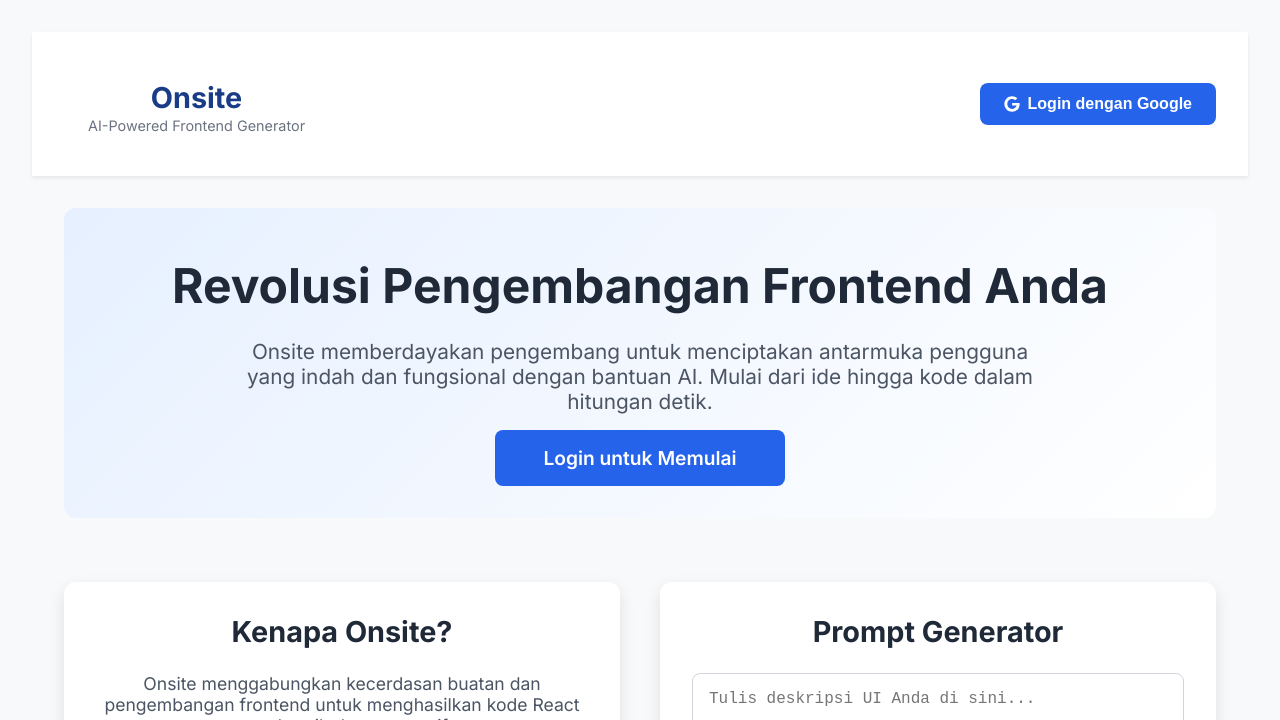
Repository: arifsoul/onsite
Page: / (app in onsite/)
An editor plug-in stored every save of this project. The page is shown before and after the next save, followed by the edit.
The browser window is 1280 px wide. The pictures show the whole page.
An inner scrolling area shows only its first screen. The project was rebuilt for these pictures with package versions that can differ from the ones it lists, and the page was loaded fresh each time. Also part of the build but not shown: onsite/vite.config.js, onsite/src/components/Editor/CSSPanel.jsx, onsite/src/components/Editor/JSPanel.jsx, onsite/src/components/Editor/ComponentEditor.css, onsite/src/components/Editor/ComponentEditor.jsx, onsite/src/pages/Editor.css, onsite/src/pages/Editor.jsx, onsite/src/pages/Login.css and 1 more.

Above is the page before, as saved 2025-04-14 17:15:44.

### onsite/src/index.css
/* src/index.css */
@import url('https://fonts.googleapis.com/css2?family=Inter:wght@400;600;700&display=swap');

* {
  margin: 0;
  padding: 0;
  box-sizing: border-box;
}

html, body {
  height: 100%;
  width: 100%;
  overflow-x: hidden; /* Mencegah scroll horizontal */
}

body {
  font-family: 'Inter', sans-serif;
  background-color: #f8f9fa;
}

#root {
  display: flex;
  flex-direction: column;
  min-height: 100vh;
  width: 100%;
}

### onsite/src/App.jsx
import { BrowserRouter as Router, Routes, Route } from 'react-router-dom';
import { Auth0Provider } from '@auth0/auth0-react';
import { CodeProvider } from './context/CodeContext';
import Home from './pages/Home';
import Editor from './pages/Editor';
import Login from './pages/Login';
import './App.css';

function App() {
  return (
    <Auth0Provider
      domain={import.meta.env.VITE_AUTH0_DOMAIN}
      clientId={import.meta.env.VITE_AUTH0_CLIENT_ID}
      redirectUri={window.location.origin}
    >
      <CodeProvider>
        <Router>
          <Routes>
            <Route path="/" element={<Home />} />
            <Route path="/login" element={<Login />} />
            <Route path="/editor" element={<Editor />} />
          </Routes>
        </Router>
      </CodeProvider>
    </Auth0Provider>
  );
}

export default App;

### onsite/src/context/CodeContext.jsx
import { createContext, useState, useContext } from 'react';

const CodeContext = createContext();

export const CodeProvider = ({ children }) => {
  const [generatedCode, setGeneratedCode] = useState({
    html: '',
    css: '',
    js: '',
  });
  const [components, setComponents] = useState([]);

  const updateComponent = (id, updates) => {
    setComponents((prev) =>
      prev.map((comp) =>
        comp.id === id ? { ...comp, ...updates } : comp
      )
    );
  };

  return (
    <CodeContext.Provider
      value={{ generatedCode, setGeneratedCode, components, setComponents, updateComponent }}
    >
      {children}
    </CodeContext.Provider>
  );
};

export const useCode = () => useContext(CodeContext);

### onsite/src/pages/Home.jsx
import { useAuth0 } from '@auth0/auth0-react';
import AIGenerator from '../components/Generator/AIGenerator';
import GoogleLogin from '../components/Auth/GoogleLogin';
import LivePreview from '../components/Preview/LivePreview';
import { Link } from 'react-router-dom';
import './Home.css';

const Home = () => {
  const { isAuthenticated } = useAuth0();

  return (
    <div className="home-container">
      <header className="home-header">
        <div className="logo">
          <h1>Onsite</h1>
          <span>AI-Powered Frontend Generator</span>
        </div>
        <GoogleLogin />
      </header>
      <main className="home-main">
        <section className="hero-section">
          <h2>Revolusi Pengembangan Frontend Anda</h2>
          <p>
            Onsite memberdayakan pengembang untuk menciptakan antarmuka pengguna yang indah dan fungsional dengan bantuan AI.
            Mulai dari ide hingga kode dalam hitungan detik.
          </p>
          <Link to={isAuthenticated ? '/editor' : '/login'} className="hero-cta">
            {isAuthenticated ? 'Mulai Mengedit Sekarang' : 'Login untuk Memulai'}
          </Link>
        </section>
        <section className="features-section">
          <div className="card description-card">
            <h3>Kenapa Onsite?</h3>
            <p>
              Onsite menggabungkan kecerdasan buatan dan pengembangan frontend untuk menghasilkan kode React yang bersih dan responsif.
            </p>
            <ul>
              <li>Generate kode dengan cepat dan akurat.</li>
              <li>Edit komponen secara visual.</li>
              <li>Integrasi mudah dengan proyek Anda.</li>
            </ul>
          </div>
          <div className="card generator-card">
            <h3>Prompt Generator</h3>
            <AIGenerator />
          </div>
          <div className="card preview-card">
            <h3>Preview Kode</h3>
            <LivePreview />
          </div>
        </section>
      </main>
      <footer className="home-footer">
        <p>© 2025 Onsite. All rights reserved.</p>
      </footer>
    </div>
  );
};

export default Home;

### onsite/src/components/Generator/AIGenerator.jsx
import { useState } from 'react';
import { useCode } from '../../context/CodeContext';
import { generateCode } from '../../services/deepseekApi';
import './AIGenerator.css';

const AIGenerator = () => {
  const [prompt, setPrompt] = useState('');
  const [error, setError] = useState(null);
  const { setGeneratedCode, setComponents } = useCode();

  const handleGenerate = async () => {
    try {
      setError(null);
      const response = await generateCode(prompt);
      const { html, css, js, components } = response.data;
      setGeneratedCode({ html, css, js });
      setComponents(components || []);
    } catch (error) {
      setError('Gagal menghasilkan kode.');
    }
  };

  return (
    <div className="generator-container">
      <textarea
        value={prompt}
        onChange={(e) => setPrompt(e.target.value)}
        placeholder="Tulis deskripsi UI Anda di sini..."
        className="prompt-input code-editor"
      />
      <button onClick={handleGenerate} className="generate-btn">
        Generate Kode
      </button>
      {error && <p className="error-message">{error}</p>}
    </div>
  );
};

export default AIGenerator;

### onsite/src/components/Auth/GoogleLogin.jsx
import { useAuth0 } from '@auth0/auth0-react';
import { FaGoogle } from 'react-icons/fa';
import './GoogleLogin.css';

const GoogleLogin = () => {
  const { loginWithRedirect, isAuthenticated, user, logout } = useAuth0();

  return (
    <div>
      {isAuthenticated ? (
        <div className="user-info">
          <img src={user?.picture} alt={user?.name} />
          <span>{user?.name}</span>
          <button
            className="logout-btn"
            onClick={() => logout({ returnTo: window.location.origin })}
          >
            Logout
          </button>
        </div>
      ) : (
        <button
          className="google-login-btn"
          onClick={() => loginWithRedirect({ connection: 'google-oauth2' })}
        >
          <FaGoogle /> Login dengan Google
        </button>
      )}
    </div>
  );
};

export default GoogleLogin;

### onsite/src/components/Preview/LivePreview.jsx
import { useCode } from '../../context/CodeContext';
import './LivePreview.css';

const LivePreview = () => {
  const { generatedCode, components } = useCode();

  const combinedHTML = `
    <style>${generatedCode.css}</style>
    ${components.map((comp) => comp.html).join('')}
    <script>${generatedCode.js}</script>
  `;

  return (
    <div className="preview-container">
      <iframe
        srcDoc={combinedHTML}
        title="Live Preview"
        className="preview-iframe"
      />
    </div>
  );
};

export default LivePreview;

### onsite/src/pages/Home.css
.home-container {
    display: flex;
    flex-direction: column;
    min-height: 100vh;
    width: 100%;
    background-color: #f8f9fa;
  }

  .home-header {
    display: flex;
    justify-content: space-between;
    align-items: center;
    padding: 1.5rem 2rem;
    background-color: #ffffff;
    box-shadow: 0 2px 4px rgba(0, 0, 0, 0.08);
  }

  .logo h1 {
    font-size: 1.8rem;
    color: #1a3c87;
  }

  .logo span {
    font-size: 0.9rem;
    color: #6b7280;
  }

  .home-main {
    flex: 1;
    padding: 2rem;
    max-width: 1400px;
    margin: 0 auto;
    width: 100%;
  }

  .hero-section {
    text-align: center;
    margin-bottom: 4rem;
    padding: 3rem 0;
    background: linear-gradient(135deg, #e6f0ff 0%, #ffffff 100%);
    border-radius: 12px;
  }

  .hero-section h2 {
    font-size: 3rem;
    color: #1f2937;
    margin-bottom: 1.5rem;
  }

  .hero-section p {
    font-size: 1.3rem;
    color: #4b5563;
    max-width: 800px;
    margin: 0 auto 2rem;
  }

  .hero-cta {
    padding: 1rem 3rem;
    background-color: #2563eb;
    color: #ffffff;
    text-decoration: none;
    border-radius: 8px;
    font-size: 1.2rem;
    font-weight: 600;
  }

  .hero-cta:hover {
    background-color: #1d4ed8;
  }

  .features-section {
    display: grid;
    grid-template-columns: repeat(auto-fit, minmax(400px, 1fr));
    gap: 2.5rem;
  }

  .card {
    background-color: #ffffff;
    border-radius: 12px;
    box-shadow: 0 6px 16px rgba(0, 0, 0, 0.1);
    padding: 2.5rem;
    min-height: 450px;
  }

  .card h3 {
    font-size: 1.8rem;
    color: #1f2937;
    margin-bottom: 1.5rem;
  }

  .card p {
    font-size: 1.1rem;
    color: #4b5563;
  }

  .description-card ul {
    list-style: none;
    margin-top: 1.5rem;
  }

  .description-card li {
    font-size: 1.1rem;
    color: #4b5563;
    margin-bottom: 0.75rem;
    padding-left: 2rem;
    position: relative;
  }

  .description-card li::before {
    content: '✔';
    position: absolute;
    left: 0;
    color: #2563eb;
  }

  .home-footer {
    text-align: center;
    padding: 2rem;
    background-color: #ffffff;
    border-top: 1px solid #e5e7eb;
    color: #6b7280;
  }

  @media (max-width: 768px) {
    .features-section {
      grid-template-columns: 1fr;
    }

    .hero-section h2 {
      font-size: 2rem;
    }

    .hero-section p {
      font-size: 1.1rem;
    }
  }

### onsite/src/services/deepseekApi.js
import axios from 'axios';

const API_KEY = import.meta.env.VITE_DEEPSEEK_API_KEY;
const BASE_URL = 'https://api.deepseek.com';

export const generateCode = async (prompt) => {
  if (!API_KEY) {
    throw new Error('DeepSeek API key is missing. Please set VITE_DEEPSEEK_API_KEY in .env.');
  }

  if (!prompt || prompt.trim() === '') {
    throw new Error('Prompt cannot be empty.');
  }

  try {
    const response = await axios.post(
      `${BASE_URL}/chat/completions`,
      {
        model: 'deepseek-chat',
        messages: [
          {
            role: 'system',
            content:
              'You are an AI that generates React component code (HTML, CSS, JS) based on user descriptions. Return structured JSON with html, css, js, and components array.',
          },
          { role: 'user', content: prompt },
        ],
        stream: false,
      },
      {
        headers: {
          'Content-Type': 'application/json',
          Authorization: `Bearer ${API_KEY}`,
        },
      }
    );
    return response;
  } catch (error) {
    console.error('DeepSeek API Error:', {
      message: error.message,
      status: error.response?.status,
      data: error.response?.data,
    });
    throw new Error(
      error.response?.data?.error?.message || 'Failed to generate code. Please check API key and network.'
    );
  }
};

### onsite/src/components/Generator/AIGenerator.css
/* src/components/Generator/AIGenerator.css */
.generator-container {
  display: flex;
  flex-direction: column;
  gap: 1rem;
}

.prompt-input {
  width: 100%;
  min-height: 150px;
  padding: 1rem;
  border: 1px solid #d1d5db;
  border-radius: 8px;
  font-size: 1rem;
  resize: vertical;
  transition: border-color 0.2s, box-shadow 0.2s;
}

.prompt-input:focus {
  outline: none;
  border-color: #2563eb;
  box-shadow: 0 0 0 3px rgba(37, 99, 235, 0.1);
}

.generate-btn {
  padding: 0.75rem 1.5rem;
  background-color: #2563eb;
  color: #ffffff;
  border: none;
  border-radius: 8px;
  font-size: 1rem;
  font-weight: 600;
  cursor: pointer;
  transition: background-color 0.2s;
}

.generate-btn:hover {
  background-color: #1d4ed8;
}

.error-message {
  color: #dc2626;
  font-size: 0.9rem;
  margin-top: 0.5rem;
}

### onsite/src/components/Auth/GoogleLogin.css
/* src/components/Auth/GoogleLogin.css */
.google-login-btn {
  display: flex;
  align-items: center;
  gap: 0.5rem;
  padding: 0.75rem 1.5rem;
  background-color: #2563eb;
  color: #ffffff;
  border: none;
  border-radius: 8px;
  font-size: 1rem;
  font-weight: 600;
  cursor: pointer;
  transition: background-color 0.2s;
}

.google-login-btn:hover {
  background-color: #1d4ed8;
}

.user-info {
  display: flex;
  align-items: center;
  gap: 0.75rem;
}

.user-info img {
  border-radius: 50%;
  width: 36px;
  height: 36px;
}

.user-info span {
  font-size: 1rem;
  color: #1f2937;
}

.logout-btn {
  padding: 0.5rem 1rem;
  background-color: #dc2626;
  color: #ffffff;
  border: none;
  border-radius: 8px;
  font-size: 0.9rem;
  font-weight: 600;
  cursor: pointer;
  transition: background-color 0.2s;
}

.logout-btn:hover {
  background-color: #b91c1c;
}

### onsite/src/components/Preview/LivePreview.css
/* src/components/Preview/LivePreview.css */
.preview-container {
  width: 100%;
  height: 400px;
  border: 1px solid #e5e7eb;
  border-radius: 8px;
  overflow: hidden;
  background-color: #ffffff;
}

.preview-iframe {
  width: 100%;
  height: 100%;
  border: none;
}

Loaded but not shown: onsite/index.html (common file); onsite/src/main.jsx (common file); onsite/src/App.css (common file)

After the next save:
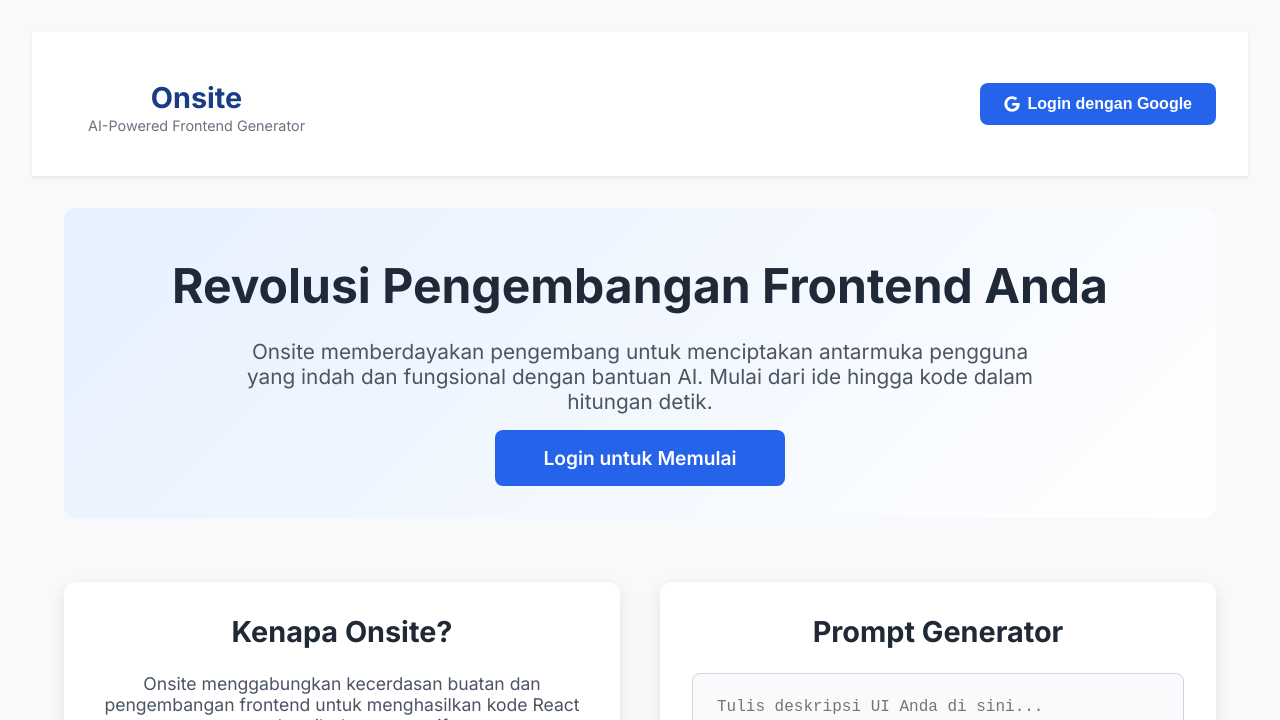
Saved 7 s later.
--- a/onsite/src/components/Generator/AIGenerator.css
+++ b/onsite/src/components/Generator/AIGenerator.css
@@ -1,25 +1,26 @@
-/* src/components/Generator/AIGenerator.css */
 .generator-container {
   display: flex;
   flex-direction: column;
-  gap: 1rem;
+  gap: 1.5rem;
+  height: 100%;
 }
 
-.prompt-input {
+.prompt-input.code-editor {
   width: 100%;
-  min-height: 150px;
-  padding: 1rem;
+  min-height: 250px;
+  padding: 1.5rem;
   border: 1px solid #d1d5db;
   border-radius: 8px;
+  font-family: 'Courier New', Courier, monospace;
   font-size: 1rem;
+  background-color: #f9fafb;
+  color: #1f2937;
   resize: vertical;
-  transition: border-color 0.2s, box-shadow 0.2s;
 }
 
 .prompt-input:focus {
+  border-color: #2563eb;
   outline: none;
-  border-color: #2563eb;
-  box-shadow: 0 0 0 3px rgba(37, 99, 235, 0.1);
 }
 
 .generate-btn {
@@ -28,10 +29,7 @@
   color: #ffffff;
   border: none;
   border-radius: 8px;
-  font-size: 1rem;
   font-weight: 600;
-  cursor: pointer;
-  transition: background-color 0.2s;
 }
 
 .generate-btn:hover {
@@ -41,5 +39,4 @@
 .error-message {
   color: #dc2626;
   font-size: 0.9rem;
-  margin-top: 0.5rem;
 }
